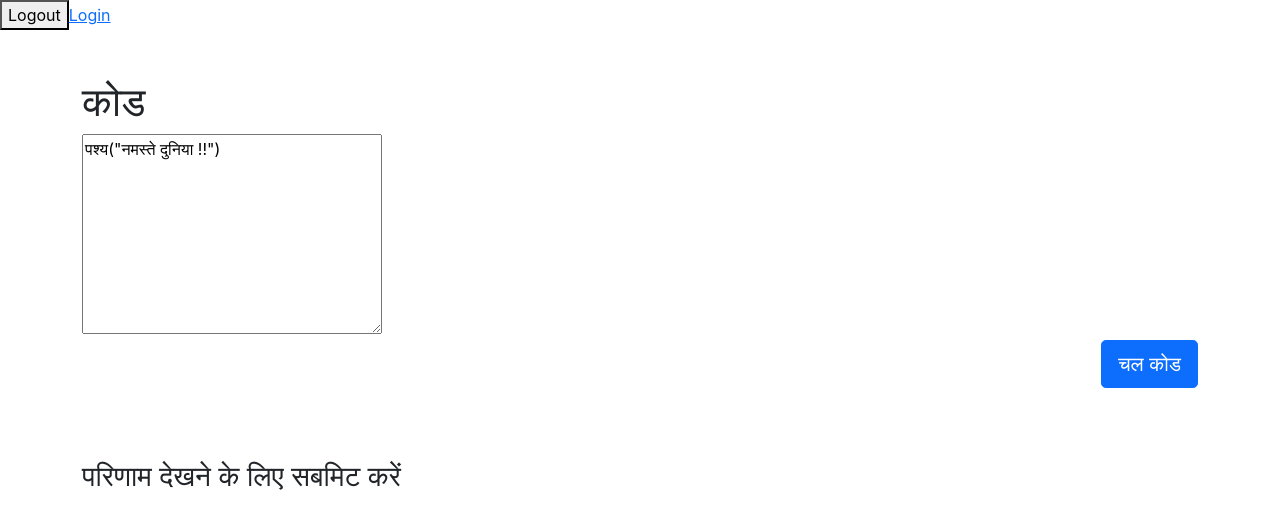
Repository: Vivek3072/webapp_shuniya_code.com
Page: /
The author's editor kept a copy of each file at every save. The page is drawn from the files as they stood at one save, then again after the next save.
The browser window is 1280 px wide. The pictures show the whole page.
The project was rebuilt for these pictures with package versions that can differ from the ones it lists, and the page was loaded fresh each time. Also part of the build but not shown: src/components/Login.js, src/components/Singup.js. Imported but missing from the stored project, and not drawn on this page: src/axiosApi.

Above is the page before, as saved 2021-02-27 09:24:56.

### public/index.html
<!DOCTYPE html>
<html lang="en">
  <head>
    <meta charset="utf-8" />
    <link rel="icon" href="%PUBLIC_URL%/favicon.ico" />
    <meta name="viewport" content="width=device-width, initial-scale=1" />
    <meta name="theme-color" content="#000000" />
    <meta
      name="description"
      content="Web site created using create-react-app"
    />
    <link rel="apple-touch-icon" href="%PUBLIC_URL%/logo192.png" />
    <!-- CSS only -->
    <link href="https://cdn.jsdelivr.net/npm/bootstrap@5.0.0-beta2/dist/css/bootstrap.min.css" rel="stylesheet" integrity="sha384-BmbxuPwQa2lc/FVzBcNJ7UAyJxM6wuqIj61tLrc4wSX0szH/Ev+nYRRuWlolflfl" crossorigin="anonymous">
    <script src="https://cdn.jsdelivr.net/npm/bootstrap@5.0.0-beta2/dist/js/bootstrap.bundle.min.js" integrity="sha384-b5kHyXgcpbZJO/tY9Ul7kGkf1S0CWuKcCD38l8YkeH8z8QjE0GmW1gYU5S9FOnJ0" crossorigin="anonymous"></script>
    <!--
      manifest.json provides metadata used when your web app is installed on a
      user's mobile device or desktop. See https://developers.google.com/web/fundamentals/web-app-manifest/
    -->
    <link rel="manifest" href="%PUBLIC_URL%/manifest.json" />
    <!--
      Notice the use of %PUBLIC_URL% in the tags above.
      It will be replaced with the URL of the `public` folder during the build.
      Only files inside the `public` folder can be referenced from the HTML.

      Unlike "/favicon.ico" or "favicon.ico", "%PUBLIC_URL%/favicon.ico" will
      work correctly both with client-side routing and a non-root public URL.
      Learn how to configure a non-root public URL by running `npm run build`.
    -->
    <title>React App</title>
  </head>
  <body>
    <noscript>You need to enable JavaScript to run this app.</noscript>
    <div id="root"></div>
    <!--
      This HTML file is a template.
      If you open it directly in the browser, you will see an empty page.

      You can add webfonts, meta tags, or analytics to this file.
      The build step will place the bundled scripts into the <body> tag.

      To begin the development, run `npm start` or `yarn start`.
      To create a production bundle, use `npm run build` or `yarn build`.
    -->
  </body>
</html>

### src/index.js
import React from 'react';
import ReactDOM from 'react-dom';
import './index.css';
import App from './App';
import reportWebVitals from './reportWebVitals';
import {BrowserRouter} from 'react-router-dom'
ReactDOM.render(
  <BrowserRouter>
    <App />
  </BrowserRouter>,
  document.getElementById('root')
);

// If you want to start measuring performance in your app, pass a function
// to log results (for example: reportWebVitals(console.log))
// or send to an analytics endpoint. Learn more: https://bit.ly/CRA-vitals
reportWebVitals();

### src/App.js



import React, { Component} from "react";
import { Switch, Route, Link } from "react-router-dom";
import Login from "./components/Login";
import Signup from "./components/Singup";
// import Hello from "./hello";

import axiosInstance from "./axiosApi";

import home from './home'


class App extends Component {

    constructor() {
        super();
        this.handleLogout = this.handleLogout.bind(this);
    }

    async handleLogout() {
        try {
            const response = await axiosInstance.post('/blacklist/', {
                "refresh_token": localStorage.getItem("refresh_token")
            });
            localStorage.removeItem('access_token');
            localStorage.removeItem('refresh_token');
            axiosInstance.defaults.headers['Authorization'] = null;
            return response;
        }
        catch (e) {
            console.log(e);
        }
    };

    render() {
        return (
            <div className="App">
                <nav>
                    <button onClick={this.handleLogout}>Logout</button>
                    <Link to="/login">Login</Link>
                </nav>

                    <Switch>
                     <Route exact path="/" component={home}  />
                        <Route exact path={"/login/"} component={Login}/>
                        <Route exact path={"/signup/"} component={Signup}/>
                    </Switch>

            </div>
        );
    }
}

export default App;

### src/home/index.js
import React, { Component } from "react";
import axios from "axios";

export default class home extends Component {
  constructor(props) {
    super(props);
    this.state = {
      texteditor: "",
      showtext: "",
      isSubmited: false,
      isloaded: false,
    };
  }
  submitHandler = () => {
    this.setState({
      isloaded: false,
      isSubmited: true,
    });
    var getText = document.getElementById("texteditor").value;
    console.log(getText);
    var code_text_b64 = btoa(unescape(encodeURIComponent(getText)));
    const postBody = {
      code_file_name: "a.py",
      code_input: "1",
      code_text_b64: code_text_b64,
      input_flag: "ABSENT",
    };
    var postContent = JSON.stringify(postBody);
    const headers = {
      "Content-Type": "application/json",
    };
    const res = axios
      .post(
        "http://ec2-13-232-16-70.ap-south-1.compute.amazonaws.com:8000/api/v1/web_ide/",
        postContent,
        headers
      )
      .then((res) => {
        this.setState({
          showtext: res.data,
          isloaded: true,
        });
      });
  };
  render() {
    return (
      <div>
        <br></br>
        <br></br>
        <div className="container">
          <div className="row">
            <div className="col-sm-12 col-md-12 col-lg-12">
              <h1>कोड</h1>
              <textarea id="texteditor" className="editor_area" style={{width: "300px",
    height: "200px"}}>
                पश्य("नमस्ते दुनिया !!")
              </textarea>
              <div
                className="menu-bar"
                style={{ position: "relative", textAlign: "end" }}
              >
                <button
                  className="btn btn-lg btn-primary submit-btn"
                  onClick={this.submitHandler}
                >
                  चल कोड
                </button>
              </div>
            </div>
            <div className="col-sm-12 col-md-12 col-lg-12">
              <div className="menu-bar"></div>
              <br></br>
              <br></br>
              <br></br>

              {this.state.isSubmited ? (
                <div>
                  <h1>परिणाम</h1>
                  {this.state.isloaded ? (
                    <textarea className="sub" value={this.state.showtext}>
                      {" "}
                    </textarea>
                  ) : (
                    <div>
                      <h6>प्रोसेसिंग....................</h6>
                      <div className="loader"></div>
                    </div>
                  )}
                </div>
              ) : (
                <h3>परिणाम देखने के लिए सबमिट करें</h3>
              )}
            </div>
          </div>
        </div>
      </div>
    );
  }
}

Loaded but not shown: src/index.css (common file); src/reportWebVitals.js (common file)

After the next save:
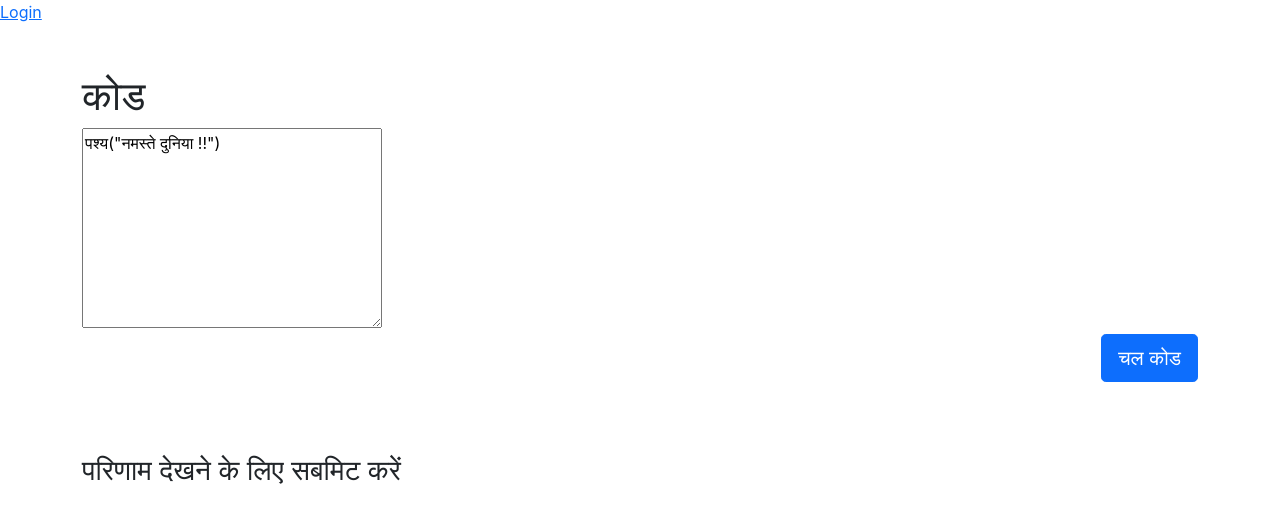
Saved 3 min 6 s later.
--- a/src/App.js
+++ b/src/App.js
@@ -14,6 +14,7 @@ import home from './home'
 
 class App extends Component {
 
+    state = { isLogin: '' }
     constructor() {
         super();
         this.handleLogout = this.handleLogout.bind(this);
@@ -38,8 +39,8 @@ class App extends Component {
         return (
             <div className="App">
                 <nav>
-                    <button onClick={this.handleLogout}>Logout</button>
-                    <Link to="/login">Login</Link>
+                {this.state.isLogin?  <button onClick={this.handleLogout}>Logout</button>:<Link to="/login">Login</Link> }
+
                 </nav>
 
                     <Switch>
